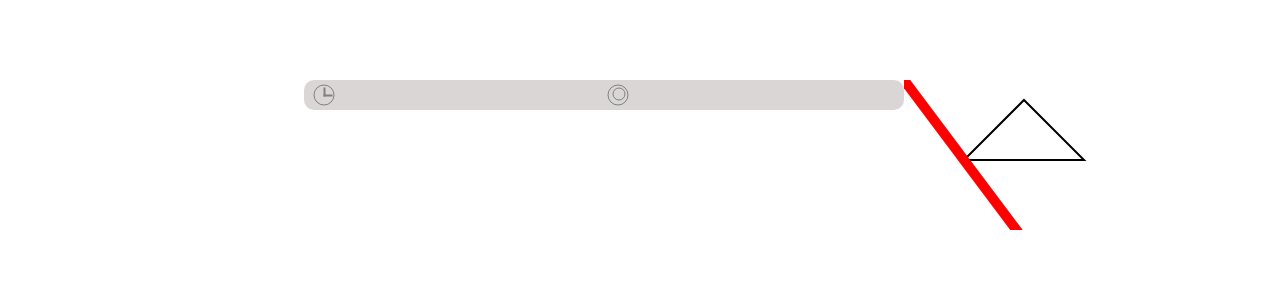
Repository: Gaj123-coder/emoji-search-app
Page: /
The author's editor kept a copy of each file at every save. The page is drawn from the files as they stood at one save, then again after the next save.
The browser window is 1280 px wide. The pictures show the whole page.
The project was rebuilt for these pictures with package versions that can differ from the ones it lists, and the page was loaded fresh each time.

Above is the page before, as saved 2021-10-30 19:21:16.

After the next save:
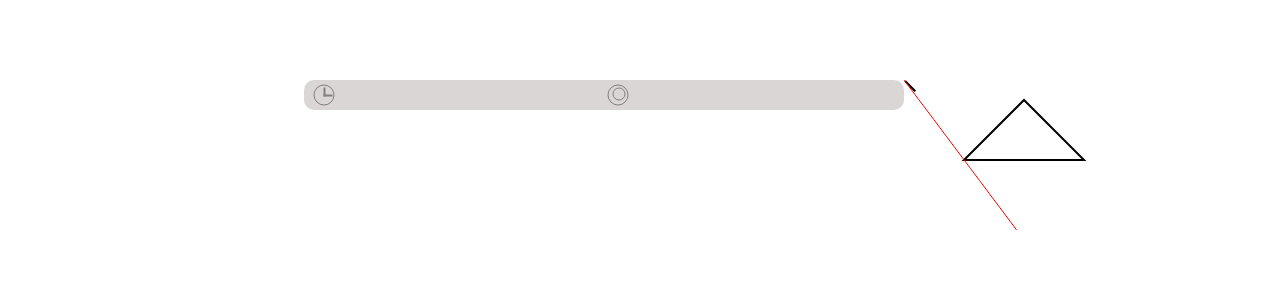
Saved 15 s later.
--- a/src/App.js
+++ b/src/App.js
@@ -20,7 +20,7 @@ function App() {
        <svg>
          <path d="M120 20 l60 60 l-120 0 Z" stroke="black" strokeWidth="2px" fill="white"/>
          <path d="M1,1 l0.1 0.1 l0.1 0.1 l0.1 0.1 l10 10" stroke="black" strokeWidth="2px" fill="none"/>
-         <path d="M0 0 q1 1 300 400" stroke="red" strokeWidth="10" fill="none"/>
+         <path d="M0 0 q1 1 300 400" stroke="red" strokeWidth="1" fill="none"/>
        </svg>
       </div>
     </div>
